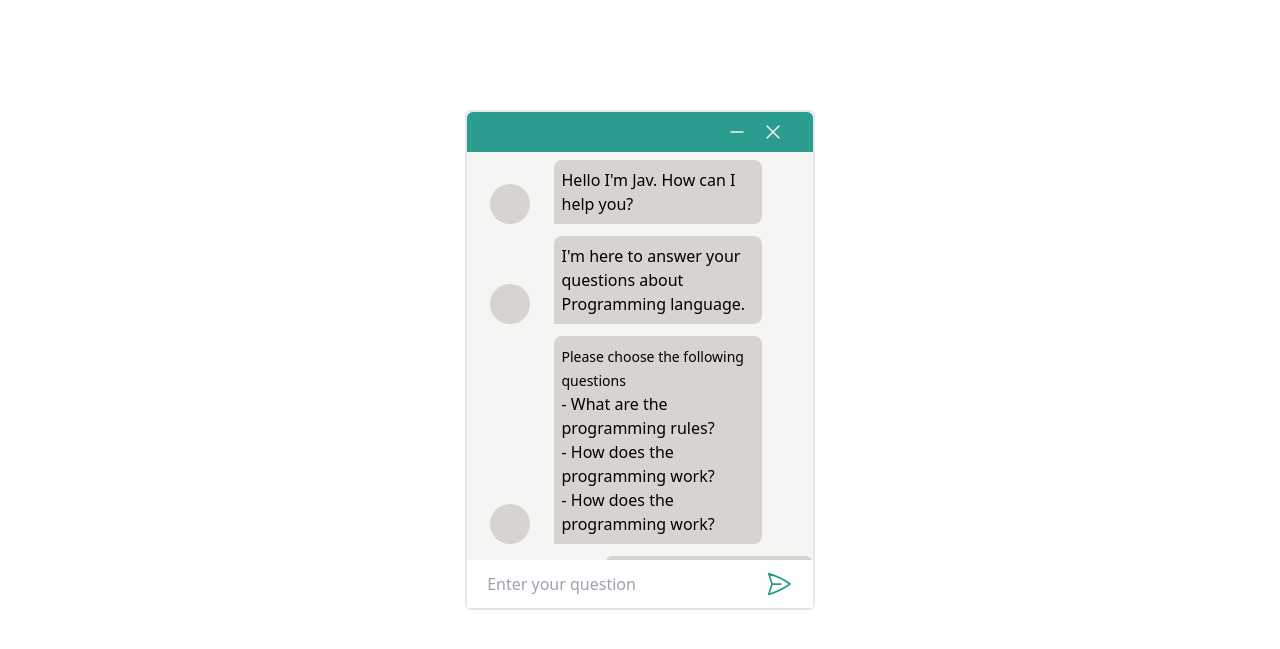
Repository: hsumyatm7308/Chatbot
Page: index.html
The author's editor kept a copy of each file at every save. The page is drawn from the files as they stood at one save, then again after a run of saves.
The browser window is 1280 px wide. The pictures show the whole page.
Some web libraries are served in a nearby version.

Above is the page before, as saved 2023-07-09 12:36:39.

### index.html
<!DOCTYPE html>
<html>

<head>
    <title>Chat Bot</title>
    <script src="https://cdn.tailwindcss.com"></script>
</head>

<body class="bg-[#fffff]">

    <div class="w-screen h-screen flex justify-center items-center   container">
        <div class="w-[350px] h-[500px] bg-[#f4f4f4] border-2 border-b-stone-200 rounded-md relative chatbot-container">
            <div
                class="w-full h-10 text-[#f4f4f4] bg-[#2a9d8f] rounded-tl-md rounded-tr-md flex justify-end items-center">
                <svg xmlns="http://www.w3.org/2000/svg" fill="none" viewBox="0 0 24 24" stroke-width="1.5"
                    stroke="currentColor" class="w-6 h-6 mr-3">
                    <path stroke-linecap="round" stroke-linejoin="round" d="M18 12H6" />
                </svg>

                <svg xmlns="http://www.w3.org/2000/svg" fill="none" viewBox="0 0 24 24" stroke-width="1.5"
                    stroke="currentColor" class="w-6 h-6 mr-7">
                    <path stroke-linecap="round" stroke-linejoin="round" d="M6 18L18 6M6 6l12 12" />
                </svg>

            </div>

            <div class="w-full h-[410px] bg-stone-100 overflow-y-scroll">
                <div class="w-full grid grid-cols-4 flex profile-side mt-2 mb-3">
                    <div class="w-full h-auto flex justify-center items-end">
                        <div class="w-10 h-10 rounded-full bg-stone-300">

                        </div>
                    </div>
                    <div class=" col-span-3">
                        <div class="w-full h-auto ">
                            <div class="w-52 h-full bg-stone-300 rounded-lg rounded-bl-none p-2">
                                <span>Hello I'm Jav. How can I help you?</span>
                            </div>
                        </div>
                    </div>
                </div>


                <div class="w-full grid grid-cols-4 flex profile-side mt-2 mb-3">
                    <div class="w-full h-auto flex justify-center items-end">
                        <div class="w-10 h-10 rounded-full bg-stone-300">

                        </div>
                    </div>
                    <div class=" col-span-3">
                        <div class="w-full h-auto ">
                            <div class="w-52 h-full bg-stone-300 rounded-lg rounded-bl-none p-2">
                                <span class="">I'm here to answer your questions about Programming language.</span>
                            </div>
                        </div>
                    </div>
                </div>



                <div class="w-full grid grid-cols-4 flex profile-side mt-2 mb-3">
                    <div class="w-full h-auto flex justify-center items-end">
                        <div class="w-10 h-10 rounded-full bg-stone-300">

                        </div>
                    </div>
                    <div class=" col-span-3">
                        <div class="w-full h-auto ">
                            <div class="w-52 h-full bg-stone-300 rounded-lg rounded-bl-none p-2">
                                <span>
                                    <span class="text-sm">Please choose the following questions</span>
                                    <ul>
                                        <li class="text-md"><a href="">- What are the programming rules?</a></li>
                                        <li class="text-md"><a href="">- How does the programming work?</a></li>
                                        <li class="text-md"><a href="">- How does the programming work?</a></li>
                                    </ul>
                                </span>
                            </div>
                        </div>
                    </div>
                </div>


                <!-- from cus -->
                <div class="w-full  flex justify-end  profile-side mt-2 mb-3">
                    <div>
                        <div class="w-full h-auto  flex justify-end">
                            <div class="w-52 h-full bg-stone-300 rounded-lg rounded-br-none  p-2">
                                <span>I'm here to answer your questions about Programming language.</span>
                            </div>
                        </div>
                    </div>



                </div>

            </div>




            <div class="w-full h-12 bg-red-100 absolute bottom-0 z-10">
                <form action="" class="w-full h-12 bg-[#fefefe] flex justify-between items-center">
                    <input type="text" class="w-[80%] h-full  rounded-bl-md p-4" placeholder=" Enter your question">

                    <button type="submit" class="mr-5">
                        <svg xmlns="http://www.w3.org/2000/svg" fill="none" viewBox="0 0 24 24" stroke-width="1.5"
                            stroke="currentColor" class="w-7 h-7 text-[#2a9d8f]">
                            <path stroke-linecap="round" stroke-linejoin="round"
                                d="M6 12L3.269 3.126A59.768 59.768 0 0121.485 12 59.77 59.77 0 013.27 20.876L5.999 12zm0 0h7.5" />
                        </svg>

                    </button>
                </form>
            </div>


        </div>


    </div>


</body>

</html>

After the next 2 saves:
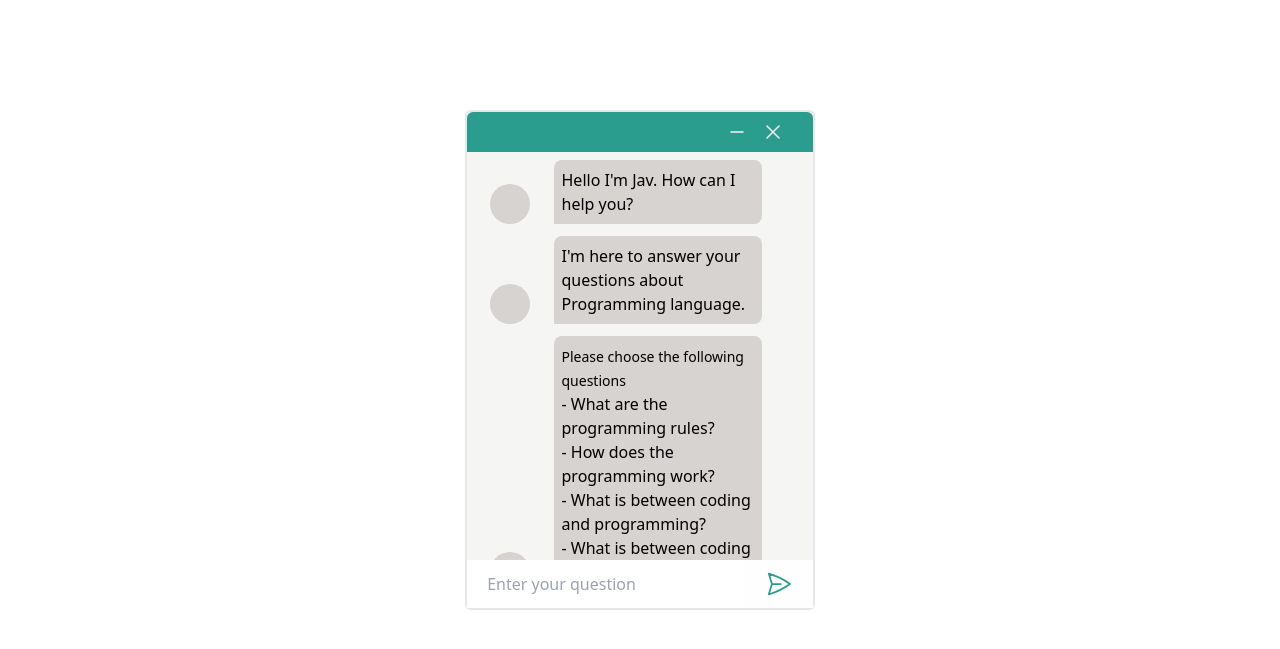
The 2 saves are shown as one change because they came seconds apart.
The last was saved 2 min 32 s later.
--- a/index.html
+++ b/index.html
@@ -72,7 +72,8 @@
                                     <ul>
                                         <li class="text-md"><a href="">- What are the programming rules?</a></li>
                                         <li class="text-md"><a href="">- How does the programming work?</a></li>
-                                        <li class="text-md"><a href="">- How does the programming work?</a></li>
+                                        <li class="text-md"><a href="">- What is between coding and programming?</a></li>
+                                        <li class="text-md"><a href="">- What is between coding and programming?</a></li>
                                     </ul>
                                 </span>
                             </div>
